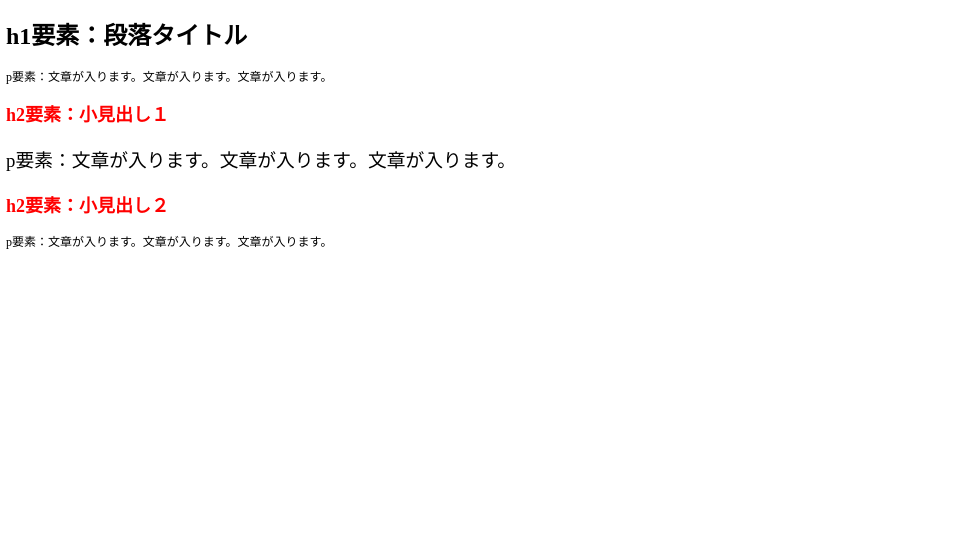
Repository: NozomiKatagiri/samurai
Page: index.html
The author's editor kept a record of every edit. The page is drawn from the files as they stood at one moment, then again after the next edit.
The browser window is 1280 px wide. The pictures show the whole page, at 75% of full size.
Pictures or frames that could not be fetched are drawn as grey boxes.

Above is the page before.

### index.html
<!DOCTYPE html>
<html lang="ja">
<head>
  <meta charset="UTF-8">
  <meta name="viewport" content="width=device-width, initial-scale=1.0">
  <meta http-equiv="X-UA-Compatible" content="ie=edge">
  <title>HTML/CSSの学習</title>
  <style type="text/css">
    h2{
      color:red;
    }
  </style>
</head>
<body>
<h1>h1要素：段落タイトル</h1>
<p>p要素：文章が入ります。文章が入ります。文章が入ります。</p>

<h2>h2要素：小見出し１</h2>
<p style="font-size:25px;">p要素：文章が入ります。文章が入ります。文章が入ります。</p>

<h2>h2要素：小見出し２</h2>
<p>p要素：文章が入ります。文章が入ります。文章が入ります。</p>
</body>
</html>

### stylesheet.css
@charset "utf-8";

body {
	margin: 0;
	padding: 0;
	font-family: "ヒラギノ角ゴ Pro W3", "Hiragino Kaku Gothic Pro", "メイリオ", Meiryo, Osaka, "ＭＳ Ｐゴシック", "MS PGothic", sans-serif;
	color: #333;
	font-size: 13px;
	line-height: 150%;
}

/* -------------------- wrapper -------------------- */
#wrapper {
    width: 100%;
    margin: auto;
    padding: 0px;
    border: 0px;
    background-color: #FFF;
    top: 10px;
    position: relative;
}

/* -------------------- header -------------------- */
#header {
	width: 100%;
}
#header h1 {
	margin: 0;
	padding: 0;
}

#corridor {
	width: 100%;
	height: auto;
}

/* -------------------- footer -------------------- */
#footer {
	clear: both;
	width: 100%;
	padding: 3px 0 3px 0;
	background: #39F;
	color: #FFF;
	font-weight: bold;
	text-align: center;
}

/* -------------------- nav -------------------- */
#nav {
	width: 100%;
}
#nav ul {
    display: flex;
	margin: 0;
	padding: 0;
	list-style-type: none;
}
#nav ul li {
	width: 20%;
	text-align: center;
}
#nav ul li a {
	display: block;
	height: 20px;
	margin: 0;
	padding: 10px;
	color: #FFF;
	font-size: 20px;
	text-decoration: none;
	background-color: green;
}

#nav ul li a:hover {
	filter: drop-shadow(10px 10px 10px black);
}

/* -------------------- container -------------------- */
#container {
	width: 100%;
	margin: auto ;
	padding: auto;
	padding-top: 20px;
	clear: both;
	display: grid;
    grid-template-columns: 70vw 30vw;
}
/* -------------------- main -------------------- */
#main {
	width: 95%;
	padding: 10px 30px 10px 10px;
}
#main h2 {
	margin: 0 0 10px 0;
	padding: 3px 10px 3px 10px;
	color: #FFF;
	font-size: 16px;
	border-left: solid 10px #C00;
	background: #F90 url(../images/main_h2.jpg) right top repeat-y;
}
#main p {
	margin: 0;
	padding: 0;
}
#main .post {
	margin: 0 0 30px 0;
}

#main .post img.right {
	margin: 0 0 0 8px;
}
#main .post img.left {
	margin: 0 8px 0 0;
}

.right {
	float: right;
	width: 40%;
	height: auto;
}
.left {
	float: left;
	width: 40%;
	height: auto;
}

/* -------------------- clearfix -------------------- */
.clearfix {
    zoom: 1;
}
.clearfix:after{
	content: "";
	display: block;
	clear: both;
}

/* -------------------- side -------------------- */
#side {
	width: 85%;
	padding: 20px;
	background-color: #F99;
}
#side .box {
	margin: 0 auto 30px auto;
	padding: 0 0 20px 0;
	background: url(images/side_box.png) bottom no-repeat;
}
#side .box h2 {
	margin: 0;
	padding: 8px;
	text-align: center;
	color: #fff;
	font-size: 16px;
	line-height: 16px;
	font-weight: normal;
	background: url(images/side_box_h2.png) center no-repeat;
}
#side .box .boxBody {
	padding: 8px;
	border-right: solid 1px #C36;
	border-bottom: solid 1px #C36;
	border-left: solid 1px #C36;
	background: #fff;
}
#side .box .boxBody ul {
	margin: 0 0 16px 0;
	padding: 0;
}
#side .box .boxBody ul li {
	padding: 8px 0 8px 4px;
	list-style: none;
	border-bottom: solid 1px #C36;
}

#side .box .boxBody ul li:hover {
	padding: 8px 0 8px 4px;
	list-style: none;
	border-bottom: solid 1px #C36;
	box-shadow: 0px 4px 4px rgba(0, 0, 0, 0.3);
}

After the next edit:
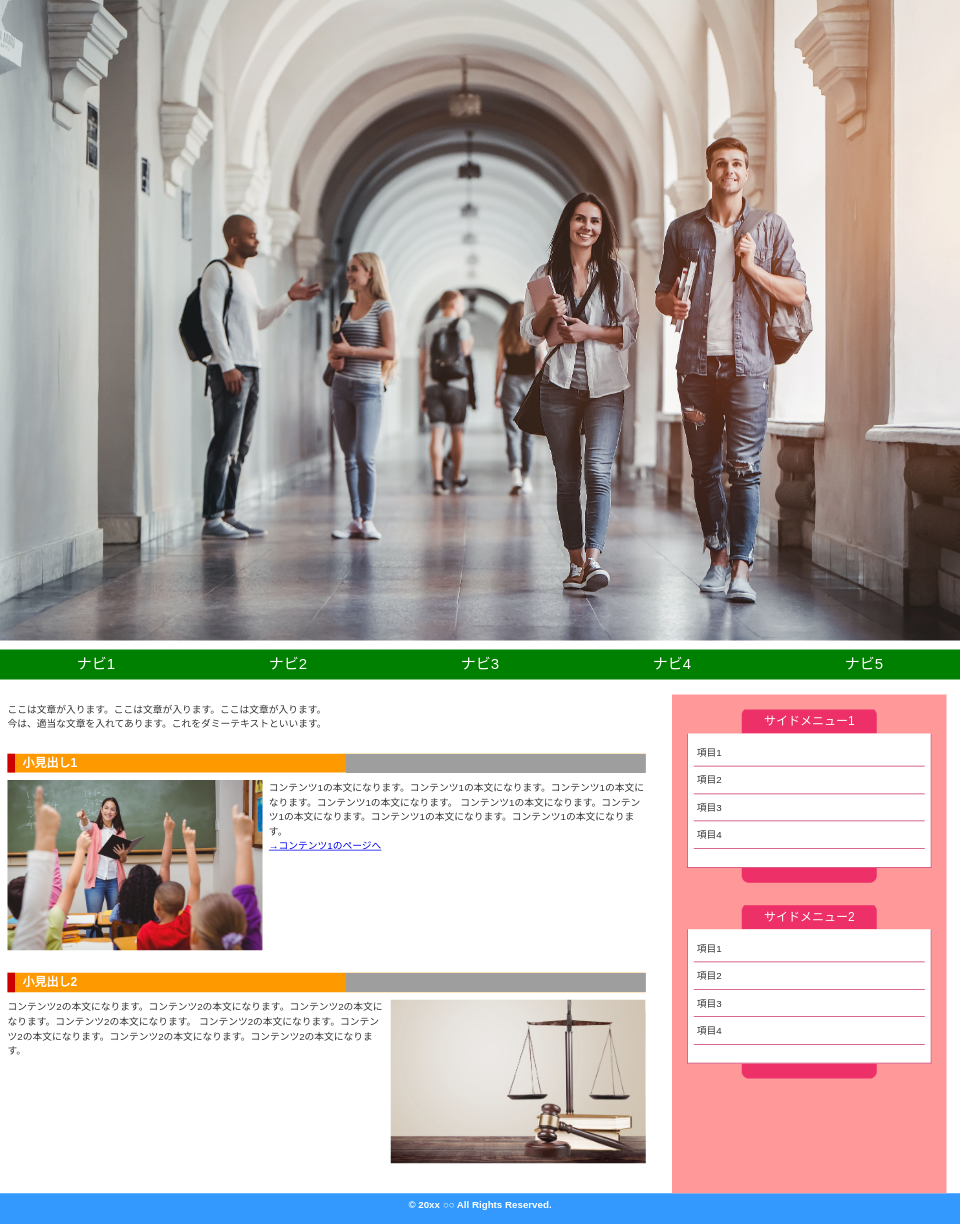
The edit:
--- a/index.html
+++ b/index.html
@@ -1,24 +1,75 @@
 <!DOCTYPE html>
 <html lang="ja">
-<head>
-  <meta charset="UTF-8">
-  <meta name="viewport" content="width=device-width, initial-scale=1.0">
-  <meta http-equiv="X-UA-Compatible" content="ie=edge">
-  <title>HTML/CSSの学習</title>
-  <style type="text/css">
-    h2{
-      color:red;
-    }
-  </style>
-</head>
-<body>
-<h1>h1要素：段落タイトル</h1>
-<p>p要素：文章が入ります。文章が入ります。文章が入ります。</p>
-
-<h2>h2要素：小見出し１</h2>
-<p style="font-size:25px;">p要素：文章が入ります。文章が入ります。文章が入ります。</p>
-
-<h2>h2要素：小見出し２</h2>
-<p>p要素：文章が入ります。文章が入ります。文章が入ります。</p>
-</body>
+    <head>
+        <meta charset="UTF-8">
+        <title>HTML/CSSの学習</title>
+        <link rel="stylesheet" href="stylesheet.css">
+    </head>
+    <body>
+        <div id="header">
+            <h1><a href="index.html"><img id="corridor" src="images/corridor.jpg" alt="大学の廊下" /></a></h1>
+        </div>
+        <div id="wrapper">
+            <div id="nav">
+                <ul>
+                    <li><a href="home.html">ナビ1</a></li>
+                    <li><a href="#">ナビ2</a></li>
+                    <li><a href="#">ナビ3</a></li>
+                    <li><a href="#">ナビ4</a></li>
+                    <li><a href="#">ナビ5</a></li>
+                </ul>
+            </div>
+            <div id="container">
+                <div id="main">
+                    <div class="post">
+                        <p>ここは文章が入ります。ここは文章が入ります。ここは文章が入ります。<br />今は、適当な文章を入れてあります。これをダミーテキストといいます。</p>
+                    </div>
+                    <div class="post clearfix">
+                        <h2>小見出し1</h2>
+                        <img class="left" src="images/classroom.jpg" alt="授業風景" />
+                        <p>
+                            コンテンツ1の本文になります。コンテンツ1の本文になります。コンテンツ1の本文になります。コンテンツ1の本文になります。
+                            コンテンツ1の本文になります。コンテンツ1の本文になります。コンテンツ1の本文になります。コンテンツ1の本文になります。
+                        </p>
+                        <p><a href="#">→コンテンツ1のページへ</a></p>
+                    </div>
+                    <div class="post clearfix">
+                        <h2>小見出し2</h2>
+                        <img class="right" src="images/scale.jpg" alt="天秤" />
+                        <p>
+                            コンテンツ2の本文になります。コンテンツ2の本文になります。コンテンツ2の本文になります。コンテンツ2の本文になります。
+                            コンテンツ2の本文になります。コンテンツ2の本文になります。コンテンツ2の本文になります。コンテンツ2の本文になります。
+                        </p>
+                    </div>
+                </div>
+                <div id="side">
+                    <div class="box">
+                        <h2>サイドメニュー1</h2>
+                        <div class="boxBody">
+                            <ul>
+                                <li>項目1</li>
+                                <li>項目2</li>
+                                <li>項目3</li>
+                                <li>項目4</li>
+                            </ul>
+                        </div>
+                    </div>
+                    <div class="box">
+                        <h2>サイドメニュー2</h2>
+                        <div class="boxBody">
+                            <ul>
+                                <li>項目1</li>
+                                <li>項目2</li>
+                                <li>項目3</li>
+                                <li>項目4</li>
+                            </ul>
+                        </div>
+                    </div>
+                </div>
+            </div>
+        </div>
+        <div id="footer">
+            <p>&copy; 20xx ○○ All Rights Reserved.</p>
+        </div>
+    </body>
 </html>
